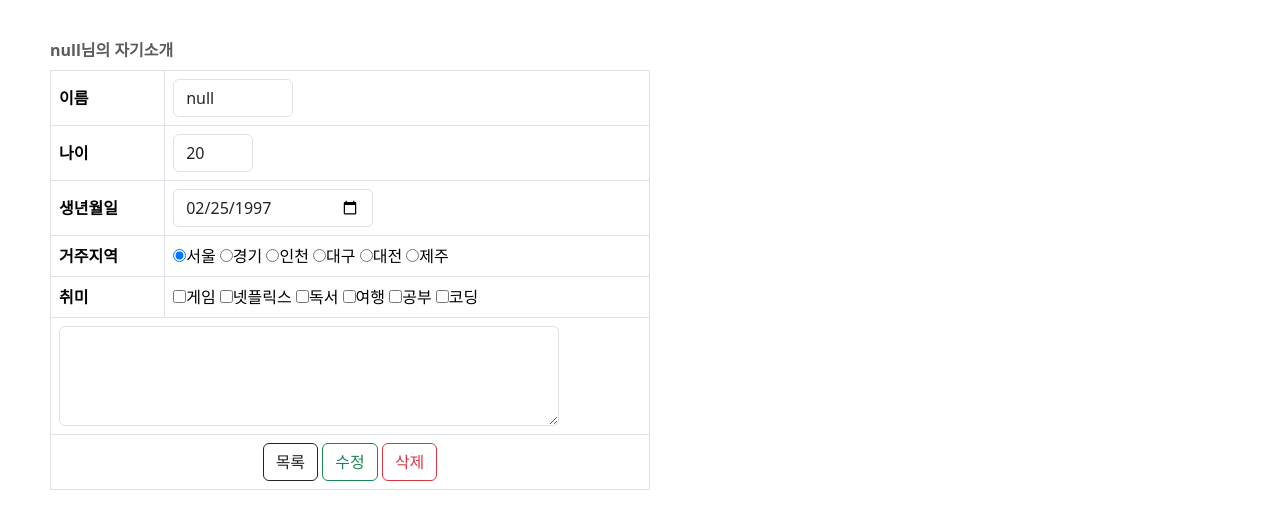
Repository: jini8293/Sist_04
Page: http://localhost/jspProject/intro/updateForm.jsp
These files come from the project's save history. The page is drawn as it stood at one moment and after the next save; the edit follows.
The browser window is 1280 px wide. The pictures show the whole page.
Some web fonts or font styles are not loaded; a fallback is used. The page is served by Tomcat 9. Other server files are loaded and not shown. Queries for data that is not in the repository find no rows.

Above is the page before, as saved 2024-03-07 01:35:20.

### jspwork/jspProject/src/main/webapp/intro/updateForm.jsp
<%@page import="intro.model.IntroDto"%>
<%@page import="intro.model.IntroDao"%>
<%@ page language="java" contentType="text/html; charset=UTF-8"
	pageEncoding="UTF-8"%>
<!DOCTYPE html>
<html>
<head>
<meta charset="UTF-8">
<link
	href="https://fonts.googleapis.com/css2?family=Black+Han+Sans&family=Gowun+Dodum&family=IBM+Plex+Sans+KR&display=swap"
	rel="stylesheet">
<link
	href="https://cdn.jsdelivr.net/npm/bootstrap@5.3.2/dist/css/bootstrap.min.css"
	rel="stylesheet">
<script src="https://code.jquery.com/jquery-3.7.0.js"></script>
<title>Insert title here</title>
</head>
<%
String num = request.getParameter("num");
IntroDao dao = new IntroDao();
IntroDto dto = dao.getData(num);
%>
<body>
	<div style="margin: 30px 50px;">
		<form action="addAction.jsp" method="post">
			<table class="table table-bordered" style="width: 600px;">
				<caption align="top">
					<b><%=dto.getName()%>님의 자기소개</b>
				</caption>
				<tr>
					<th align="center" valign="middle">이름</th>
					<td><input type="text" name="name" class="form-control"
						required="required" style="width: 120px;" value="<%=dto.getName()%>"></td>
				</tr>

				<tr>
					<th align="center" valign="middle">나이</th>
					<td><input type="number" name="age" class="form-control"
						value="20" style="width: 80px;" value="<%=dto.getAge()%>"></td>
				</tr>

				<tr>
					<th align="center" valign="middle">생년월일</th>
					<td><input type="date" name="birthday" class="form-control"
						value="1997-02-25" style="width: 200px;" value="<%=dto.getBirthday()%>"></td>
				</tr>

				<tr>
					<th>거주지역</th>
					<td value="<%=dto.getHometown()%>">
						<label><input type="radio" name="hometown" value="서울" checked="checked">서울</label>
						<label><input type="radio" name="hometown" value="경기">경기</label>
						<label><input type="radio" name="hometown" value="인천">인천</label>
						<label><input type="radio" name="hometown" value="대구">대구</label>
						<label><input type="radio" name="hometown" value="대전">대전</label>
						<label><input type="radio" name="hometown" value="제주">제주</label>
					</td>
				</tr>

				<tr>
					<th>취미</th>
					<td >
						<label><input type="checkbox" name="hobby" value="게임">게임</label>
						<label><input type="checkbox" name="hobby" value="넷플릭스">넷플릭스</label>
						<label><input type="checkbox" name="hobby" value="독서">독서</label>
						<label><input type="checkbox" name="hobby" value="여행">여행</label>
						<label><input type="checkbox" name="hobby" value="공부">공부</label>
						<label><input type="checkbox" name="hobby" value="코딩">코딩</label>
					</td>
				</tr>

				<tr>
					<td colspan="2">
					<textarea style="width: 500px; height: 100px"
					class="form-control" name="memo" value="<%=dto.getMemo()%>"></textarea>
					</td>
				</tr>

				<tr>
					<td colspan="2" align="center">
					<button type="submit" class="btn btn-outline-dark" onclick="location.lref='introList.jsp'">목록</button>
					<button type="submit" class="btn btn-outline-success">수정</button>
					<button type="button" class="btn btn-outline-danger" onclick="location.href='deleteAction.jsp?num=<%=dto.getNum()%>'">삭제</button>
					</td>
				</tr>
			</table>

		</form>
	</div>

</body>
</html>

### jspwork/jspProject/src/main/java/intro/model/IntroDao.java
package intro.model;

import java.sql.Connection;

import java.sql.PreparedStatement;
import java.sql.ResultSet;
import java.sql.SQLException;
import java.util.List;
import java.util.Vector;

import mysql.db.DbConnect;

public class IntroDao {
	DbConnect db = new DbConnect();

	public void insertIntro(IntroDto dto) {

		Connection conn = db.getConnection();
		PreparedStatement pstmt = null;

		String sql = "insert into intro (name,age,birthday,hometown,hobby,memo) values(?,?,?,?,?,?)";

		try {
			pstmt = conn.prepareStatement(sql);

			pstmt.setString(1, dto.getName());
			pstmt.setString(2, dto.getAge());
			pstmt.setString(3, dto.getBirthday());
			pstmt.setString(4, dto.getHometown());
			pstmt.setString(5, dto.getHobby());
			pstmt.setString(6, dto.getMemo());

			// 실행
			pstmt.execute();

		} catch (SQLException e) {
			// TODO Auto-generated catch block
			e.printStackTrace();
		} finally {
			db.dbClose(pstmt, conn);
		}

	}

	public IntroDto getData(String num){
		IntroDto dto = new IntroDto();

		Connection conn = db.getConnection();
		PreparedStatement pstmt = null;
		ResultSet rs = null;

		String sql = "select * from intro where num=?";

		try {
			pstmt = conn.prepareStatement(sql);
			pstmt.setString(1, num);
			rs = pstmt.executeQuery();

			if(rs.next()) {

				dto.setNum(rs.getString("num"));
				dto.setName(rs.getString("name"));
				dto.setAge(rs.getString("age"));
				dto.setBirthday(rs.getString("birthday"));
				dto.setHometown(rs.getString("hometown"));
				dto.setMemo(rs.getString("memo"));

			}
		} catch (SQLException e) {
			// TODO Auto-generated catch block
			e.printStackTrace();
		}finally {
			db.dbClose(rs, pstmt, conn);
		}
		return dto;
	}

	public Vector<IntroDto> listIntro() {
		Vector<IntroDto> intro = new Vector<IntroDto>();

		Connection conn = db.getConnection();
		PreparedStatement pstmt = null;
		ResultSet rs = null;

		String sql = "select * from intro order by num";

		try {
			pstmt = conn.prepareStatement(sql);
			rs = pstmt.executeQuery();

			while (rs.next()) {
				IntroDto dto = new IntroDto();

				dto.setNum(rs.getString("num"));
				dto.setName(rs.getString("name"));
				dto.setAge(rs.getString("age"));
				dto.setBirthday(rs.getString("birthday"));
				dto.setHometown(rs.getString("hometown"));
				dto.setHobby(rs.getString("hobby"));
				dto.setMemo(rs.getString("memo"));

				intro.add(dto);

			}
		} catch (SQLException e) {
			// TODO Auto-generated catch block
			e.printStackTrace();
		} finally {
			db.dbClose(rs, pstmt, conn);
		}

		return intro;

	}

}

### jspwork/jspProject/src/main/java/mysql/db/DbConnect.java
package mysql.db;

import java.sql.Connection;
import java.sql.DriverManager;
import java.sql.PreparedStatement;
import java.sql.ResultSet;
import java.sql.SQLException;
import java.sql.Statement;

public class DbConnect {

	static final String MYSQLDRIVER="com.mysql.cj.jdbc.Driver";
	static final String MYSQL_URL="jdbc:mysql://localhost:3306/kje";

	public DbConnect() {
		try {
			Class.forName(MYSQLDRIVER);
			System.out.println("mysql 드라이버성공");
		} catch (ClassNotFoundException e) {
			// TODO Auto-generated catch block
			//e.printStackTrace();
			System.out.println("mysql 드라이버 실패"+e.getMessage());
		}
	}


	public Connection getConnection()
	{
		Connection conn=null;

		try {
			conn=DriverManager.getConnection(MYSQL_URL, "angel", "a1234");
			System.out.println("MYSQL계정연결성공");
		} catch (SQLException e) {
			// TODO Auto-generated catch block
			e.printStackTrace();
			System.out.println("MYSQL연결실패: "+e.getMessage());
		}


		return conn;
	}

	//close 총 4개 오버로딩
	public void dbClose(ResultSet rs,Statement stmt,Connection conn)
	{

			try {
				if(rs!=null) rs.close();
				if(stmt!=null) stmt.close();
				if(conn!=null) conn.close();
			} catch (SQLException e) {
				// TODO Auto-generated catch block
				e.printStackTrace();
			}
	}

	public void dbClose(Statement stmt,Connection conn)
	{

			try {

				if(stmt!=null) stmt.close();
				if(conn!=null) conn.close();
			} catch (SQLException e) {
				// TODO Auto-generated catch block
				e.printStackTrace();
			}
	}

	public void dbClose(ResultSet rs,PreparedStatement pstmt,Connection conn)
	{

			try {
				if(rs!=null) rs.close();
				if(pstmt!=null) pstmt.close();
				if(conn!=null) conn.close();
			} catch (SQLException e) {
				// TODO Auto-generated catch block
				e.printStackTrace();
			}
	}

	public void dbClose(PreparedStatement pstmt,Connection conn)
	{

			try {

				if(pstmt!=null) pstmt.close();
				if(conn!=null) conn.close();
			} catch (SQLException e) {
				// TODO Auto-generated catch block
				e.printStackTrace();
			}
	}




//	public static void main(String[] args) {
//		DbConnect db = new DbConnect();
//	}
//

}

### jspwork/jspProject/src/main/java/intro/model/IntroDto.java
package intro.model;

public class IntroDto {

	private String num;
	private String name;
	private String age;
	private String birthday;
	private String hometown;
	private String hobby;
	private String memo;

	public String getNum() {
		return num;
	}

	public void setNum(String num) {
		this.num = num;
	}

	public String getName() {
		return name;
	}

	public void setName(String name) {
		this.name = name;
	}

	public String getAge() {
		return age;
	}

	public void setAge(String age) {
		this.age = age;
	}

	public String getBirthday() {
		return birthday;
	}

	public void setBirthday(String birthday) {
		this.birthday = birthday;
	}

	public String getHometown() {
		return hometown;
	}

	public void setHometown(String hometown) {
		this.hometown = hometown;
	}

	public String getHobby() {
		return hobby;
	}

	public void setHobby(String hobby) {
		this.hobby = hobby;
	}

	public String getMemo() {
		return memo;
	}

	public void setMemo(String memo) {
		this.memo = memo;
	}

}

After the next save:
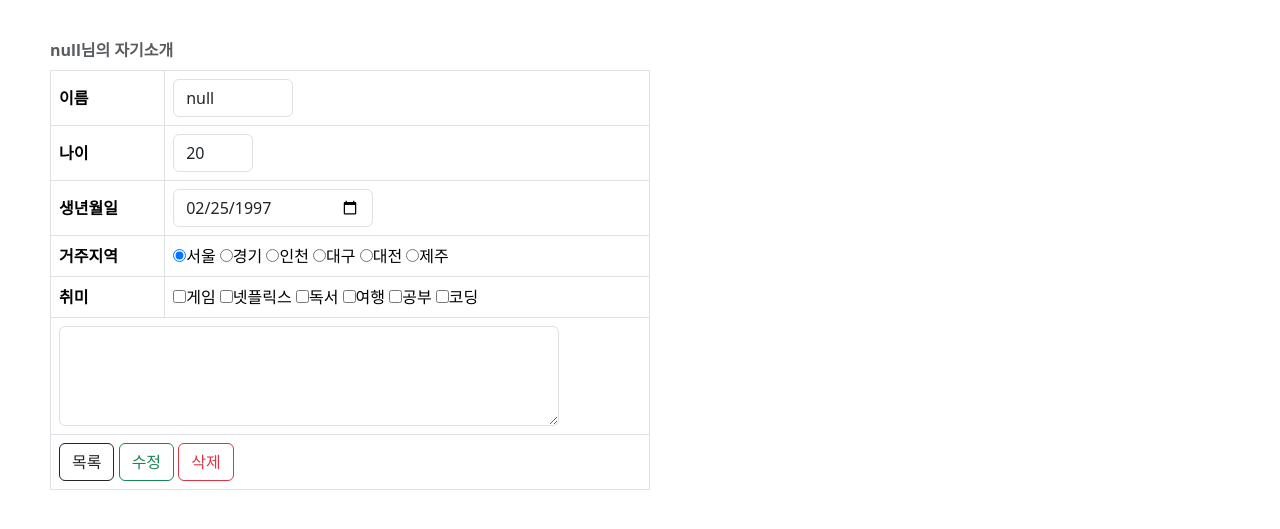
Saved 43 s later.
--- a/jspwork/jspProject/src/main/webapp/intro/updateForm.jsp
+++ b/jspwork/jspProject/src/main/webapp/intro/updateForm.jsp
@@ -77,10 +77,10 @@
 				</tr>
 
 				<tr>
-					<td colspan="2" align="center">
-					<button type="submit" class="btn btn-outline-dark" onclick="location.lref='introList.jsp'">목록</button>
-					<button type="submit" class="btn btn-outline-success">수정</button>
-					<button type="button" class="btn btn-outline-danger" onclick="location.href='deleteAction.jsp?num=<%=dto.getNum()%>'">삭제</button>
+					<td colspan="2" >
+					<button align="left" type="submit" class="btn btn-outline-dark" onclick="location.lref='introList.jsp'">목록</button>
+					<button align="center" type="submit" class="btn btn-outline-success">수정</button>
+					<button align="center" type="button" class="btn btn-outline-danger" onclick="location.href='deleteAction.jsp?num=<%=dto.getNum()%>'">삭제</button>
 					</td>
 				</tr>
 			</table>
